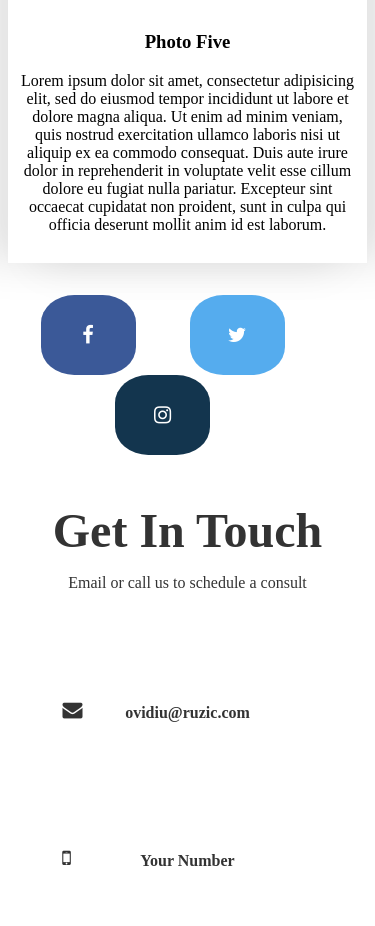
Repository: konstantin0s/mobile-photography
Page: index.html
The author's editor kept a copy of each file at every save. The page is drawn from the files as they stood at one save, then again after a run of saves.
The browser window is 375 px wide. The pictures show the part of the page from y = 3045 to 3971 px (the page is 3971 px tall before and 3851 px after).

Above is the page before, as saved 2019-05-11 15:16:56.

### index.html
<!DOCTYPE html>
<html lang="en" dir="ltr">
  <head>
    <meta charset="utf-8">
    <meta name="viewport" content="width=device-width, initial-scale=1.0">
    <meta http-equiv="X-UA-Compatible" content="ie=edge">
    <link rel="stylesheet" href="https://cdnjs.cloudflare.com/ajax/libs/font-awesome/4.7.0/css/font-awesome.min.css">
    <link rel="stylesheet" href="css/style.css">

    <title>Mobile Photography</title>
  </head>
  <body>
<main>
  <div id="landing" class="">
    <div id="landing-text" class="">
      <div id="landing-text-inner" class="">
       <img id="logo" src="img/logos.png" />
       <h1>Photography</h1>
        <a href="#images" class="btn" id="view-work">
          View Work
        </a>
      </div>
    </div>
    <div id="landing-image" class="">

    </div>
  </div>

  <div id="images" class="">
<div id="header">
  <h2>Our Work</h2>
</div>
<img src="https://source.unsplash.com/1600x900/?nature,water" alt="">
<div class="caption">
  <h3>Photo One</h3>
  <p>
    Lorem ipsum dolor sit amet, consectetur adipisicing elit, sed do eiusmod tempor incididunt ut labore et dolore magna aliqua. Ut enim ad minim veniam, quis nostrud exercitation ullamco laboris nisi ut aliquip ex ea commodo consequat. Duis aute irure dolor in reprehenderit in voluptate velit esse cillum dolore eu fugiat nulla pariatur. Excepteur sint occaecat cupidatat non proident, sunt in culpa qui officia deserunt mollit anim id est laborum.

  </p>
</div>

<img src="https://source.unsplash.com/1600x900/?nature,clouds" alt="">
<div class="caption">
  <h3>Photo Two</h3>
  <p>
    Lorem ipsum dolor sit amet, consectetur adipisicing elit, sed do eiusmod tempor incididunt ut labore et dolore magna aliqua. Ut enim ad minim veniam, quis nostrud exercitation ullamco laboris nisi ut aliquip ex ea commodo consequat. Duis aute irure dolor in reprehenderit in voluptate velit esse cillum dolore eu fugiat nulla pariatur. Excepteur sint occaecat cupidatat non proident, sunt in culpa qui officia deserunt mollit anim id est laborum.

  </p>
</div>

<img src="https://source.unsplash.com/1600x900/?nature,animals" alt="">
<div class="caption">
  <h3>Photo Three</h3>
  <p>
    Lorem ipsum dolor sit amet, consectetur adipisicing elit, sed do eiusmod tempor incididunt ut labore et dolore magna aliqua. Ut enim ad minim veniam, quis nostrud exercitation ullamco laboris nisi ut aliquip ex ea commodo consequat. Duis aute irure dolor in reprehenderit in voluptate velit esse cillum dolore eu fugiat nulla pariatur. Excepteur sint occaecat cupidatat non proident, sunt in culpa qui officia deserunt mollit anim id est laborum.

  </p>
</div>

<img src="https://source.unsplash.com/1600x900/?nature,trees" alt="">
<div class="caption">
  <h3>Photo Four/h3>
  <p>
    Lorem ipsum dolor sit amet, consectetur adipisicing elit, sed do eiusmod tempor incididunt ut labore et dolore magna aliqua. Ut enim ad minim veniam, quis nostrud exercitation ullamco laboris nisi ut aliquip ex ea commodo consequat. Duis aute irure dolor in reprehenderit in voluptate velit esse cillum dolore eu fugiat nulla pariatur. Excepteur sint occaecat cupidatat non proident, sunt in culpa qui officia deserunt mollit anim id est laborum.

  </p>
</div>

<img src="https://source.unsplash.com/1600x900/?nature,flowers" alt="">
<div class="caption">
  <h3>Photo Five</h3>
  <p>
    Lorem ipsum dolor sit amet, consectetur adipisicing elit, sed do eiusmod tempor incididunt ut labore et dolore magna aliqua. Ut enim ad minim veniam, quis nostrud exercitation ullamco laboris nisi ut aliquip ex ea commodo consequat. Duis aute irure dolor in reprehenderit in voluptate velit esse cillum dolore eu fugiat nulla pariatur. Excepteur sint occaecat cupidatat non proident, sunt in culpa qui officia deserunt mollit anim id est laborum.

  </p>
</div>

  </div>

</main>

<footer>
    <a href="#" class="fa fa-facebook"></a>
    <a href="#" class="fa fa-twitter"></a>
    <a href="#" class="fa fa-instagram"></a>

  <h3>Get In Touch</h3>
  <p>Email or call us to schedule a consult</p>
 <div class="container">
    <i class="fa fa-envelope fa-5x" aria-hidden="true"></i
      ><p><strong>ovidiu@ruzic.com</strong>
    </p> <br />
    <i class="fa fa-mobile fa-5x" aria-hidden="true"></i>
     <p> <strong>Your Number</strong></p>
 </div>
</footer>
<script
src="https://code.jquery.com/jquery-3.3.1.min.js"
integrity="sha256-FgpCb/KJQlLNfOu91ta32o/NMZxltwRo8QtmkMRdAu8="
crossorigin="anonymous"></script>
<script type="text/javascript" src="js/main.js">

</script>
  </body>
</html>

### css/style.css
import url('https://fonts.googleapis.com/css?family=Open+Sans');

body {
  font-family: 'Open Sans', sans-serif;
  margin: 0;
  background-color: #eee;
  height: auto;
}

h1{
  font-weight: 400;
  font-size: 2.5rem;
  text-transform: uppercase;
  margin: 0;
  border-bottom: 1px solid black;
  top: -90px;
  position: relative;
}

h2 {
  font-weight: 400;
  font-size: 1.2rem;
  text-transform: capitalize;
  margin: 0;
}

img {
  display: block;
  width: 100%;
}

#logo {
  top: -80px;
  position: relative;
}

main {
  max-width: 900px;
  margin: auto;
  box-shadow: 30px 0px 40px rgba(0,0,0,0.1), -30px 0px 40px rgba(0,0,0,0.1);
}

#landing {
  background: #fff;
  }

#landing-text {
display: flex;
flex: 0 1 40vw;
height: 50vh;
justify-content: center;
align-items: center;
text-align: center;
padding-right: 1rem;
padding-left: 1rem;
}

#landing-text h2 {
  color: #888;
}
.btn {
  padding: 0.5rem 2rem;
  border: 1px #ccc solid;
  display: inline-block;
  margin: 2rem 0 0;
  border-radius: 50px;
  text-decoration: none;
  color: #333;
  transition: background 500ms ease;
}

#landing-image {
  background: url(https://source.unsplash.com/De8wMYoSSBc);
  background-position: center;
  background-size: cover;
  background-repeat: no-repeat;
  height: 50vh;
  flex: 0 1 60vw;
  margin: 0;
}

.btn:hover {
  background: #f4f4f4;
}

#header {
  padding: 1.5rem;
  text-align: center;
  background: #333;
  color: #fff;
}

#header h2 {
  border-left: dotted 1px #fff;
  border-right: dotted 1px #fff;
display: inline-block;
padding-right: 1rem;
padding-left: 1rem;
}

.caption {
  padding: 0.8rem;
  text-align: center;
}

footer {
  text-align: center;
  padding: 2rem 1rem;
  margin: auto;
  color: #333;
}

footer h3 {
  font-size: 3rem;
  margin-bottom: 0;
}

.fa {
  padding: 20px;
  margin-right: 50px;
  font-size: 30px;
  width: 50px;
  text-align: center;
  text-decoration: none;
  border-radius: 45%;
}

/* Add a hover effect if you want */
.fa:hover {
  opacity: 0.7;
}

/* Set a specific color for each brand */

/* Facebook */
.fa-facebook {
  background: #3B5998;
  color: white;
}

/* Twitter */
.fa-twitter {
  background: #55ACEE;
  color: white;
}

/* Instagram */
.fa-instagram {
  background: rgb(19, 53, 78);
  color: white;
}

/* Email & Phone*/

.fa-envelope {
  position: relative;
  left:-90px;
 top: 62px;
}

.fa-mobile {
  position: relative;
  left:-96px;
 top: 62px;
}

.container {
  display: flex;
 flex-direction: column;
 justify-content: space-evenly;
 align-items: center;
}

/* Screen size 500px and up*/
@media(min-width: 500px) {
  #landing {
    display: flex;
    height: 100%;
  }
  #landing-text {
    height: 100vh;
  }
  #landing-image {
    height: 100vh;
  }
}

/* Screen size 700px and up*/
@media(min-width: 700px) {
  .btn {
    padding: 1rem 3rem;
  }
}

/* Screen size 700px and up*/
@media(max-width: 500px) {
  .btn {
    padding: 1rem 3rem;
  }


  #logo {
    display: flex;
    width: 200px;
    height: 150px;
    flex-direction: column;
    top: -30px;
    position: relative;
  }

  h1 {

    flex-direction: column;
    top: -20px;
  font-size: 28px;
  border-bottom: 1px solid black;
  }

  .fa {
    padding: 30px;
    margin-right: 50px;
    font-size: 20px;
    width: 35px;
    text-align: center;
    text-decoration: none;
    border-radius: 35%;
  }
}

### js/main.js
//animate smooth scroll
$('#view-work').on('click', function() {
  const images = $('#images').position().top;

  $('html, body').animate({
    scrollTop: images
  }, 900)
});

After the next 2 saves:
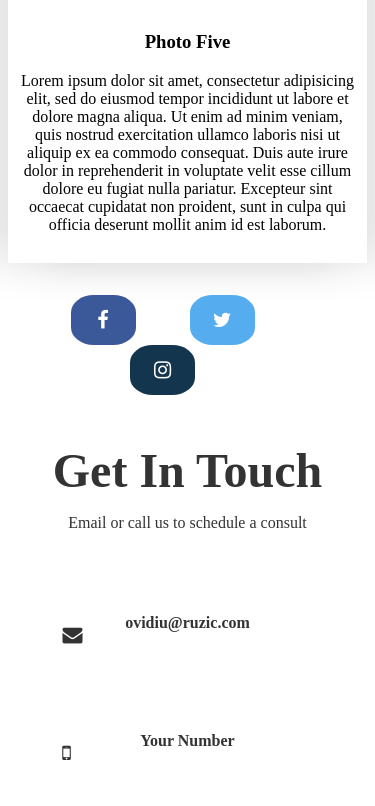
The 2 saves are shown as one change because they came seconds apart.
The last was saved 7 s later.
--- a/css/style.css
+++ b/css/style.css
@@ -217,7 +217,7 @@ footer h3 {
   }
 
   .fa {
-    padding: 30px;
+    padding: 15px;
     margin-right: 50px;
     font-size: 20px;
     width: 35px;
